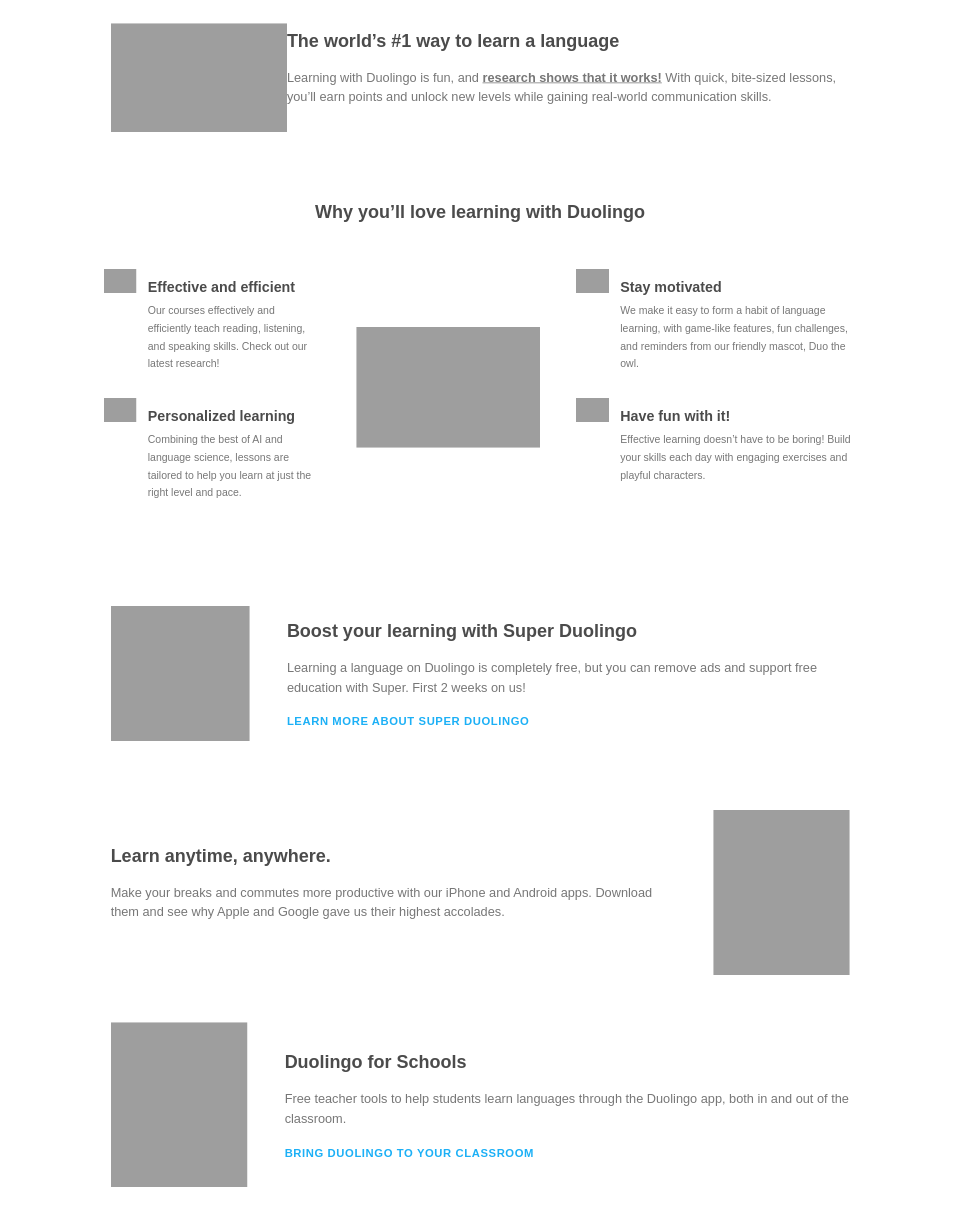
Repository: kauittt/duolingo-little
Page: login.html
These files come from the project's save history. The page is drawn as it stood at one moment and after the next save; the edit follows.
The browser window is 1280 px wide. The pictures show the part of the page from y = 740 to 2366 px (the page is 2366 px tall before and 2337 px after), at 75% of full size.
Pictures or frames that could not be fetched are drawn as grey boxes. A picture or video elsewhere on the page could not be fetched, so the positions and the page height are approximate. Some web libraries are served in a nearby version.

Above is the page before, as saved 2023-03-26 20:32:12.

After the next save:
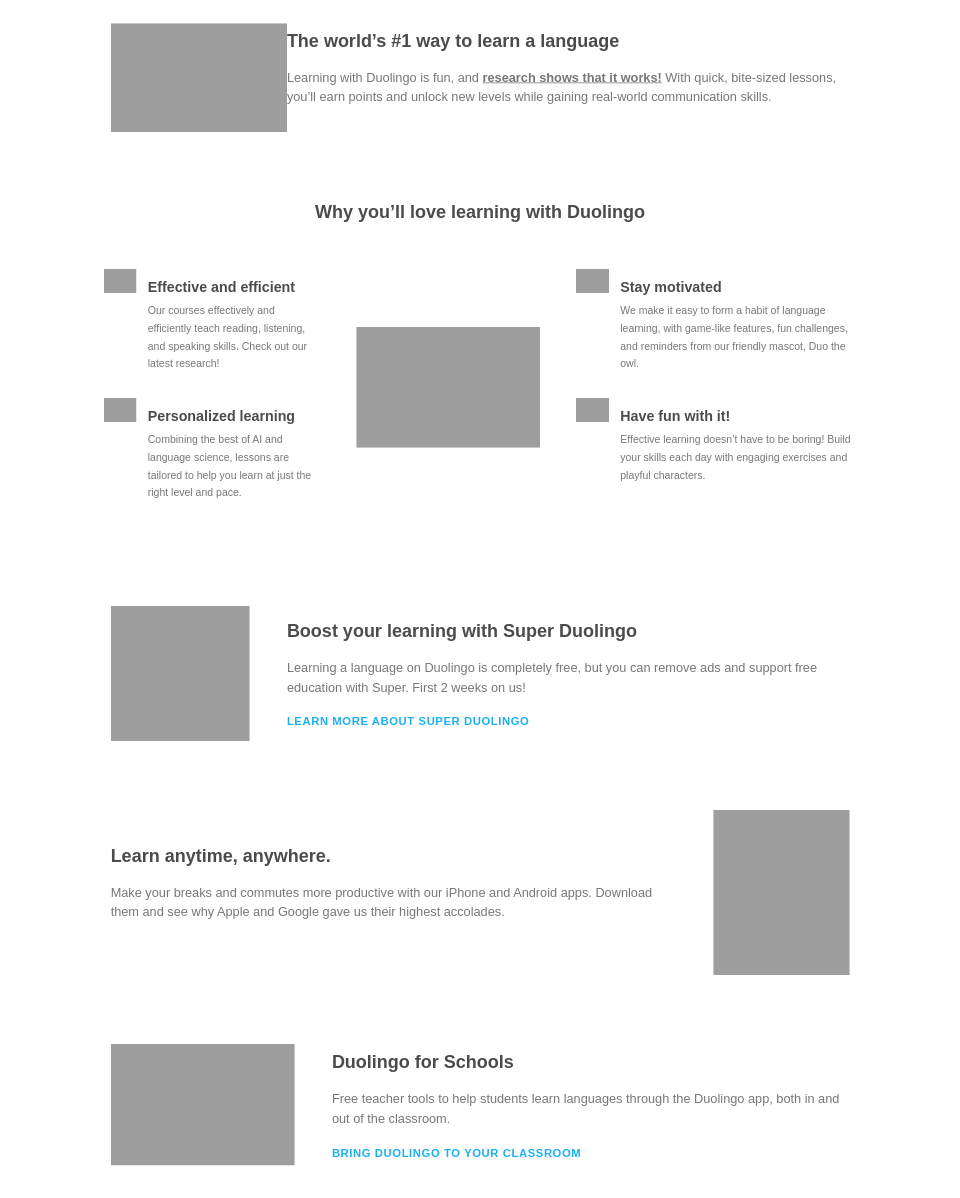
Saved 16 s later.
--- a/assets/css/stytes.css
+++ b/assets/css/stytes.css
@@ -332,7 +332,7 @@
 }
 
 .teaching .section__img img {
-    height: 220px;
-    width: 182px;
+    height: 162px;
+    width: 245px;
     margin-right: 50px;
 }
